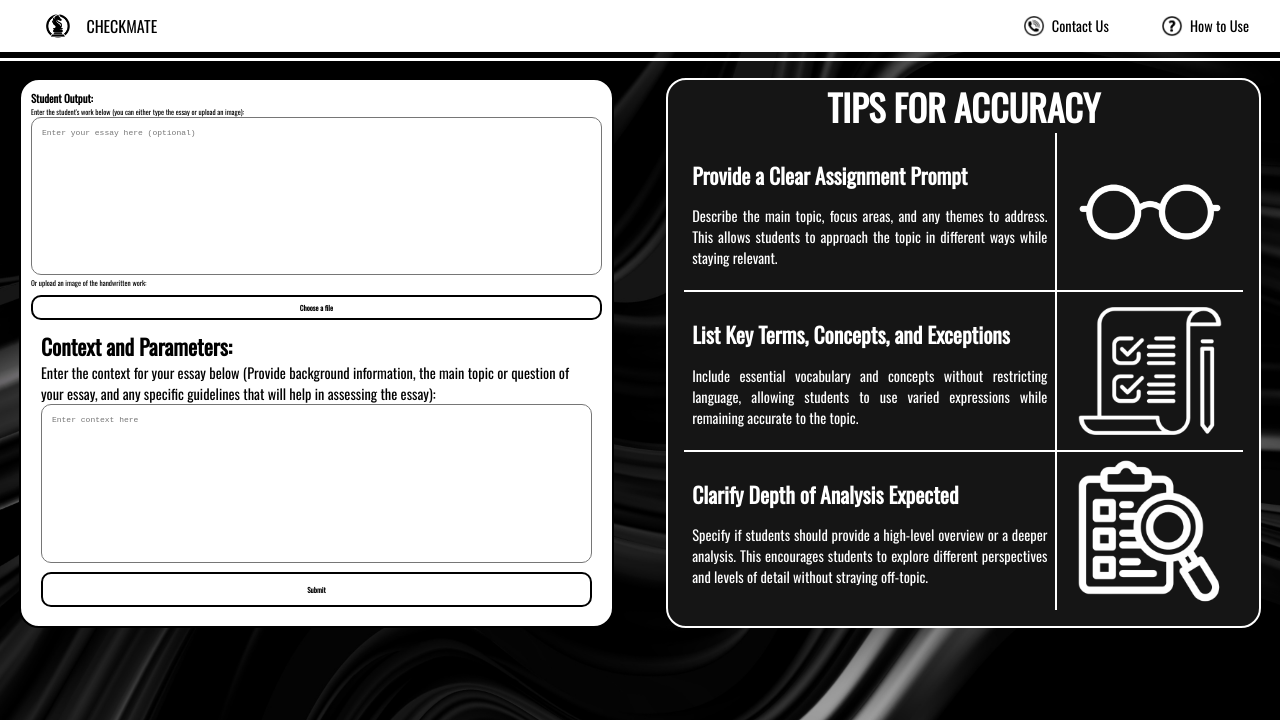
Repository: iiTzXyZ11/CheckMateAI
Page: http://localhost/scan
These files come from the project's save history. The page is drawn as it stood at one moment and after the next save; the edit follows.
The browser window is 1280 px wide. The pictures show the whole page.
The page is served by the project's application, run on Flask 3 (app.py).

Above is the page before, as saved 2025-01-27 17:14:56.

### templates/index.html
<!DOCTYPE html>
<html lang="en">
    <head>
        <meta charset="UTF-8" >
        <meta name="viewport" content="width=device-width, initial-scale=1.0">
        <title>CheckMate AI</title>
        <link rel="stylesheet" href="{{ url_for('static', filename='css/style.css') }}">
        <link rel="stylesheet" href="{{ url_for('static', filename='css/mobile_test_style.css') }}">
        <link rel="stylesheet" href="{{ url_for('static', filename='css/test_style.css') }}">
        <link rel="icon" type="image/x-icon" href="{{ url_for('static', filename='favicon.ico') }}">
        <link href='https://fonts.googleapis.com/css?family=Oswald' rel='stylesheet'>
    </head>
    <body>
        <header class="header">
            <div class="header-text">
                <img src="{{ url_for('static', filename='css/images/logo_black.jpg') }}" alt="CheckMate Logo">
                <p>CHECKMATE</p>
            </div>

            <div class="header-buttons">
                <a href="{{ url_for('contact') }}" class="header-link">
                    <img src="{{ url_for('static', filename='css/images/contact.png') }}" class="contact-icon" alt="Contact Icon">
                    Contact Us
                </a>
                <a href="https://www.youtube.com/watch?v=Ia6pL32Ip8I&ab_channel=CheckMateAI"
                target="_blank"
                rel="noopener noreferrer"
                class="header-link">
                    <img src="{{ url_for('static', filename='css/images/question_mark.png') }}" class="qm-icon" alt="Help Icon">
                    How to Use
                </a>
            </div>
        </header>
        <div class="top-bar"></div>

        <div class="content-wrapper">

            <div class="container">
                <div class="box">
                    <h2>Student Output:</h2>
                    <form action="{{ url_for('index') }}" method="POST" enctype="multipart/form-data">
                        <p>Enter the student's work below (you can either type the essay or upload an image):</p>
                        <textarea name="essay" placeholder="Enter your essay here (optional)"></textarea>
                        <p>Or upload an image of the handwritten work:</p>
                        <label class="custom-file-upload">
                            Choose a file
                            <input type="file" name="image" accept="image/*" style="display: none;" onchange="updateFileName()" />
                        </label>
                        <div id="file-name" style="margin-top: 10px; color: black;"></div> <!-- Display the file name here -->

                        <div class="box1">
                            <h2 style="color: black">Context and Parameters:</h2>
                            <p>Enter the context for your essay below (Provide background information, the main topic or question of your essay, and any specific guidelines that will help in assessing the essay):</p>
                            <textarea name="context" placeholder="Enter context here" required></textarea>
                            <button type="submit">Submit</button>
                        </div>
                    </form>
                </div>
            </div>

            <div class="tips-wrapper">
                <div class="tips-container">
                    <h1>TIPS FOR ACCURACY</h1>
                        <div class="tips-grid">
                            <div class="tip1">
                                <h2>Provide a Clear Assignment Prompt</h2>
                                <p>Describe the main topic, focus areas, and any themes to address. This allows students to approach the topic in different ways while staying relevant.</p>
                            </div>

                            <div class="tip2">
                                <img class="glasses" src="static/css/images/tips/Glasses.png" alt="Glasses Icon" loading="lazy">
                            </div>

                            <div class="tip3">
                                <h2>List Key Terms, Concepts, and Exceptions</h2>
                                <p>Include essential vocabulary and concepts without restricting language, allowing students to use varied expressions while remaining accurate to the topic.</p>
                            </div>

                            <div class="tip4">
                                <img class="list" src="static/css/images/tips/List.png" alt="List Icon" loading="lazy">
                            </div>

                            <div class="tip5">
                                <h2>Clarify Depth of Analysis Expected</h2>
                                <p>Specify if students should provide a high-level overview or a deeper analysis. This encourages students to explore different perspectives and levels of detail without straying off-topic.</p>
                            </div>

                            <div class="tip6">
                                <img class="board" src="static/css/images/tips/Board.png" alt="Board Image" loading="lazy">
                            </div>
                        </div>
                    </div>
                </div>
            </div>
        </div>

        <script>
            // Function to display the file name
            function updateFileName() {
                const fileInput = document.querySelector('input[type="file"]');
                const fileNameDisplay = document.getElementById('file-name');
                if (fileInput.files.length > 0) {
                    fileNameDisplay.textContent = "Selected file: " + fileInput.files[0].name;
                }
            }
        </script>
    </body>
</html>

### static/css/style.css
@import url('https://fonts.googleapis.com/css?family=Oswald');

@font-face {
  font-family: 'Agrandir Wide';
  src: url('..fonts/Agrandir-WideBlackItalic.woff2') format('woff2'),
      url('../fonts/Agrandir-WideBlackItalic.woff') format('woff');
  font-weight: 900;
  font-style: italic;
  font-display: swap;
}

@font-face {
  font-family: 'Agrandir';
  src: url('../fonts/Agrandir-Regular.woff') format('woff'),
      url('../fonts/Agrandir-Regular.woff2') format('woff2');
  font-weight: normal;
  font-style: normal;
  font-display: swap;
}

body {
  gap: 0rem;
  grid-template-rows: repeat(auto-fill, minmax(100px, 1fr));
  margin: 0;
  font-family: 'Oswald';
  background-image: url('background.jpg');
  background-size: cover;

  overflow-x: hidden;
}

.top-bar{
  position: absolute;
  background-color: white;
  top:clamp(4.1rem, 25vw, 4.7rem);
  height: 0.5vh;
  width: 100%;
  margin:0;
}

.header {
  display: grid;
  grid-template-columns: 1fr 1fr;
  align-items: center; /* Allow items to align themselves */
  background-color: white;
  z-index: 1000;
  padding: 8px;
  height:fit-content;
}

.header-text {
  display: flex; /* Make it a flex container */
  align-items: center; /* Center content vertically */
  background: transparent;
  font-size: clamp(0.4rem,3vh,1rem);
}

.header-text p {
  margin: 0
}

.header-text img {
  display: block; /* Ensures the image respects width settings */
  width: clamp(1.5rem,3vh, 2rem); /* Optional: Prevents the image from exceeding a specific size */
  height: auto; /* Maintains the aspect ratio */
  margin-left: 3vw; /* Space from the left */
  margin-right: 1rem; /* Space between image and text */
  margin-top: 0rem;
  margin-bottom: 0rem;
}
.header-buttons {
  background: transparent;
  gap: 3vw;
  display: flex; /* Flex container for its own children */
  align-items: center; /* Center its own children vertically */
  font-size: clamp(0.4rem,3vh,0.9rem);
  margin-left: auto;
  margin-right: 1rem;

}

.header-buttons a {
  transition: border-color 0.3s;
  font-family: 'Oswald';
  color: black;
  text-decoration: none; /* Remove underline from links */
  padding: 0.8vh 1.5vh; /* Add padding */
  border: 2px solid transparent; /* Optional border for button */
  display: flex; /* Align icon and text */
  align-items: center; /* Center vertically */
  padding: 5px;
}

.header-buttons a:hover {
  border-color: black; /* Hover background */
}

.main{
  margin-top: 0.5rem;
  display: grid;
  grid-template-rows: 2fr 1fr;
  width: 100%;
  height: 100vh;
  color:#ffffff;
  align-items: center;
}

.top {
  margin:0;
  display: grid;
  grid-template-rows: 0.3fr 0.3fr;
  padding: 0vh 2vw;
  background: transparent;
}

.head img {
  display:flex;
  width:clamp(10rem, 40vw, 50rem); /* Set desired width */
  height: auto; /* Maintain aspect ratio */
  margin: 0 auto; /* Center horizontally within its parent */
  background-color: transparent;
}

.head {
  display: flex;
  flex-direction: column;
  width: 100%;
  background: transparent;
}

.title {
  display: flex; /* Use flexbox for alignment */
  justify-content: center; /* Center horizontally */
  align-items: center; /* Center vertically */
  text-align: center; /* Ensure the text itself is aligned */
  background: transparent;
  background-image: url('images/ribbon.png');
  background-position: center;
  background-repeat: no-repeat;
  background-size: clamp(9rem, 28vw, 24rem);
  height: clamp(7.5vh, 13vw, 100vh); /* Ensure sufficient height */
}

.head h2{
  margin:0;
  background: transparent;
  text-align: center;
}

.title h1 {
  margin-bottom: clamp(1rem,4vw, 100rem); /* Remove default margins */
  color: black;
  transform: rotate(355deg); /* Keep the rotation */
  font-size: clamp(1rem, 5vw, 25px); /* Ensure font scales appropriately */
}

.head h2{
  font-size: large;
  margin-bottom: 0.5rem;
}

.top a{
  margin-top: 1rem;
  display: block;
  align-self: center;
  justify-self: center;
  border: 4px solid white;
  background-color: transparent;
  color: white;
  text-decoration: none;
  font-size: 1rem;
  padding: .3vw 1vw;
  transition: color 0.3s, text-decoration 0.3s, border-color 0.3s;
  width: fit-content;
}

.top a:hover {
  font-weight: bold;
  color: black;
  text-decoration: underline 1px black;
  text-underline-offset: 6px;
  background-color: white;
  border-color: white;
  text-decoration-thickness: 2px;
  transition: color 0.3s, text-decoration 0.3s, background-color 0.3s, border-color 0.3s;
}

.top .desc {
  margin:0;
  background: transparent;
  display: block;
  width: 100%;
  text-align: center;
  font-size: clamp(10px, 3vw, 20px);
}

.bottom {
  display: flex; /* Enable flexbox on the parent container */
  flex-direction: column; /* Ensure the flex direction is vertical */
  justify-content: flex-end; /* Align items at the bottom */
  background: transparent;
  width: 100%;
  height: 100%;
}

.chessboard {
  width: 100%; /* Full viewport width */
  height: 100%; /* Scale proportionally */
}

.disclaimer {
  position: absolute; /* Allows the disclaimer to be positioned over the chessboard */
  bottom: 0; /* Aligns the disclaimer at the bottom of the parent container */
  color: white;
  background: black;
  border: 4px solid white;
  border-radius: 1rem;
  font-family: 'Oswald';
  font-size: clamp(0.5rem,2vw,0.8rem);
  align-self: center;
  text-align: center;
  padding: 5px;
  width: auto;
}

.header-bar {
  background-color: transparent;
  color: #fff;
  padding: 10px;
  text-align: center;
}


.button-container {
  text-align: center;
  margin-top: 30px;
}

.form-container,
.criteria-container {
  flex: 1;
  display: flex;
  flex-direction: column;
}

.criteria-container {
  margin-right: 20px;
}

.criteria-container table {
  width: 100%;
  border-collapse: collapse;
}

.criteria-container th,
.criteria-container td {
  border: 2px solid black;
  padding: 12px;
  text-align: center;
  font-size: 30px;
}

.criteria-container th {
  font-size: 25px;
}

.criteria {
  font-size: 36px;
  color: #333;
  padding: 40px;
  margin: 0 auto;
  background-color: #d9d9dd;
  border: 2px solid #3b1a08;
  border-radius: 10px;
  text-align: center;
  display: inline-block;
}

/* Button Styles */
.button,
.link-button,
.container button[type="submit"],
.small-button {
  background-color: #ffffff;
  border: 2px solid black;
  border-radius: 10px;
  color: black;
  padding: 10px 20px;
  text-decoration: none;
  cursor: pointer;
  font-family: 'Oswald';
  margin: 5px 0;
  display: inline-block;
  transition: background-color 0.3s, color 0.3s, border-color 0.3s; /* Add transition */
  font-weight: bold;
}

.button:hover,
.link-button:hover,
.container button[type="submit"]:hover,
.small-button:hover {
  background-color: black;
  color: #fff;
  border-color: black;
  font-weight: bold;
}

/* FRONT_PAGE.HTML */
/* Shared styles */

.desc{
  width: 28vw;
  font-size: 1.2em;
}

.contact-icon,
.qm-icon {
  width: 3vh; /* Consistent size */
  height: auto; /* Maintain aspect ratio */
  margin-right: 1vh; /* Space between icon and text */
}

.contact-icon {
  color: black;
}

.qm-icon {
  color: black;
}

.results-container {
  display: flex;
  flex-direction: column; /* Stacks items vertically */
  width: 80%;
  justify-self: center; /* Centers items horizontally */
  background: white;
  border: 2px solid black;
  border-radius: 20px;
  padding: 15px;
  margin-top: 10vh;
  font-size: clamp(10px, 3vw, 20px);
}

.results-container h2{
  font-size: clamp(1rem, 5vw, 45px);
}

.desktop{
  display:none;
}

.stuff{
  display: flex;
  flex-direction: column;
}

@media only screen and (min-width: 720px){
  #mobile{
    display:none;
  }

  .desktop{
    display:contents;
  }

  .top-bar{
    top:clamp(3.6rem, 8vh, 5.3rem);
  }

  .bottom .chessboard{
    display: none;
  }

  .disclaimer{
    border:  solid white;
    font-size: clamp(0.4rem,0.7vw,0.8rem);
  }

  .head{
    display:grid;
    grid-template-columns: 1fr 1fr;
  }

  .desktop .head img{
    align-self: left;
    margin: 0 auto;
    margin-top: 9%;
    width:clamp(5rem, 25vw, 50rem); /* Set desired width */
  }

  .title{
    display:flex;
    flex-direction: column;
    margin-top: clamp(1rem, 8vh, 9rem);
  }

  .title h1{
    margin-top: clamp(13rem, 15vw, 23rem);
    font-size: clamp(1rem, 2.5vw, 3rem);
  }

  .title h2{
    margin:0;
    font-size: clamp(9px, 2vw, 100px);
  }

  .title .desc{
    font-size: clamp(9px, 1vw, 100px);
  }

  .stuff a{
    margin-top: 3rem;
    font-size: clamp(0.5rem, 1vh, 1rem);
  }

}

### static/css/mobile_test_style.css
@media (min-width:300px) {

    .content-wrapper {
        margin-top:1vh;
        display: grid;
        gap: 2vh;
        grid-template-columns: repeat(1, minmax(100px, 1fr));
        grid-auto-rows: 1fr;
        background: transparent;
        width: 100%;
        height: fit-content;

    }

    .container{
        background-color: white;
        display: grid;
        grid-template-columns: repeat(1, minmax(auto-fit, 1fr));
        grid-auto-rows: 1fr;
        width: auto-fill;
        height: auto-fill;
        margin: 3%;
        border-radius: 20px;
        border: 2px solid black;
    }


    .box{
        background: transparent;
        margin: 10px 10px 0px 10px;
        font-size: clamp(0.5rem,2vh,2rem);
    }

    .box h2{
        margin: 0;
    }

    .box  textarea, .box1 textarea{
        width: 100%;
        min-height: 22vh; /* might need media queries*/
        height: 100%;
        box-sizing: border-box;
        padding: 10px;
        border-radius: 10px;
        resize: none;
    }

    .box .custom-file-upload {
        padding: 5px 9px;
        border: 2px solid #000;
        border-radius: 10px;
        color: black;
        background-color: #fff;
        text-decoration: none;
        cursor: pointer;
        font-weight: bold;
        margin: 1vh 0;
        display: flex;
        justify-content: center;
        align-items: center;
        transition: background-color 0.3s, border-color 0.3s;
    }

    .box .custom-file-upload:hover {
        background-color: black; /* Hover background color */
        color: white; /* Hover text color */
        border-color: transparent; /* Hover border color */
    }

    .box1{
        background: transparent;
        margin: 0px 10px 10px 10px;
        font-size: clamp(0.5rem,2vh,2rem);
    }

    .box1 h2{
        margin: 0;
    }

    .box1 button {
        width: 100%;
        padding:0;
        border-radius: 10px;
        font-size: clamp(0.4rem,1vh,1.032rem)
    }

    form p{
        margin: 0;
    }


    .tips-wrapper{
        top: 5%;
        display: grid;
        gap: 20px;
        grid-template-columns: repeat(1, minmax(100px, 1fr));
        grid-auto-rows: 1fr;
        background: transparent;
    }

    .tips-container{
        background: #151515;
        display: grid;
        grid-template-columns: repeat(1, minmax(auto-fit, 1fr));
        grid-auto-rows: 1fr 10fr;
        width: auto-fill;
        height: auto-fill;
        margin: 3%;
        border-radius: 20px;
        border: 2px solid white;
        color:white;
    }

    .tips-container h1{
        width: 100%;
        height:80%;
        align-self:center;
        margin: 0;
        text-align: center;
    }


    .tips-grid {
        color: white;
        display: grid;
        gap: 2px;
        grid-template-columns: 2fr 1fr; /* First column is twice as wide as the second */
        background: white;
        margin: 0 0.5rem 0.5rem 0.5rem;
    }

    .tip1, .tip3, .tip5 {
        display: block;
        align-content: center;
        text-align: justify; /* Center text horizontally */
        background: #151515;
        font-size: clamp(0.5rem,1.5vh,10rem);
        padding: 10px;
    }

    .tip1 h2 , .tip3 h2, .tip5 h2 {
        margin-bottom: 0.3vh;
    }

    .tip2, .tip4, .tip6 {
        background: #151515;
    }

    .tip2, .tip4, .tip6 {
        display: flex;
        justify-content: center;
        align-items: center;
    }

    .tip2 img, .tip4 img, .tip6 img{
        width: 80%;
    }
}

### static/css/test_style.css
@media only screen and (min-width: 720px) {
    .content-wrapper{
        background: transparent;
        grid-template-columns: repeat(1,1fr 1fr);
        grid-auto-columns: 1fr;
    }

    .container{
        background-color: white;
        margin: 3%;
    }

    .box  textarea, .box1 textarea{
        font-size: clamp(0.5rem,1vh,3rem);
    }

    .box{
        font-size: clamp(0.4rem,1vh,1.032rem);
    }

    .tips-container h1{
        font-size: clamp(0.8rem, 5vh, 4rem);
    }

    .tips-container img{
        width: clamp(3rem, 20vh, 10rem);
    }

    .tips-grid{
        margin: 0rem 1rem 1rem 1rem;
        grid-template-columns: 2fr 1fr; /* First column is twice as wide as the second */
    }

    .tip1, .tip3, .tip5 {
        font-size: clamp(0.1rem,2vh,1.032rem);
        padding: 0.5rem;
    }


    .tips-container {
        display:flex;
        flex-direction: column;
        color: white;
        top: 100vh;
        height:fit-content
    }

}

Loaded but not shown: app.py (286 lines, source omitted)

After the next save:
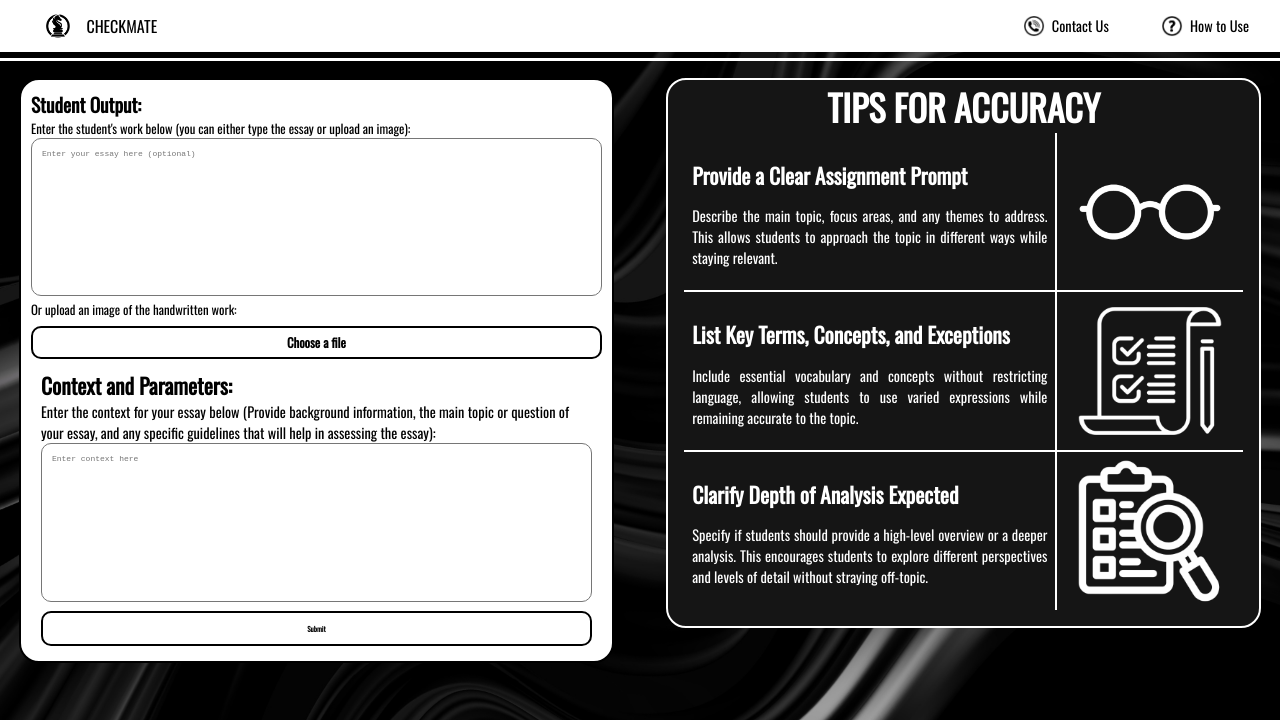
Saved 3 days later.
--- a/static/css/test_style.css
+++ b/static/css/test_style.css
@@ -15,7 +15,7 @@
     }
 
     .box{
-        font-size: clamp(0.4rem,1vh,1.032rem);
+        font-size: clamp(0.8rem,1vh,1.032rem);
     }
 
     .tips-container h1{
